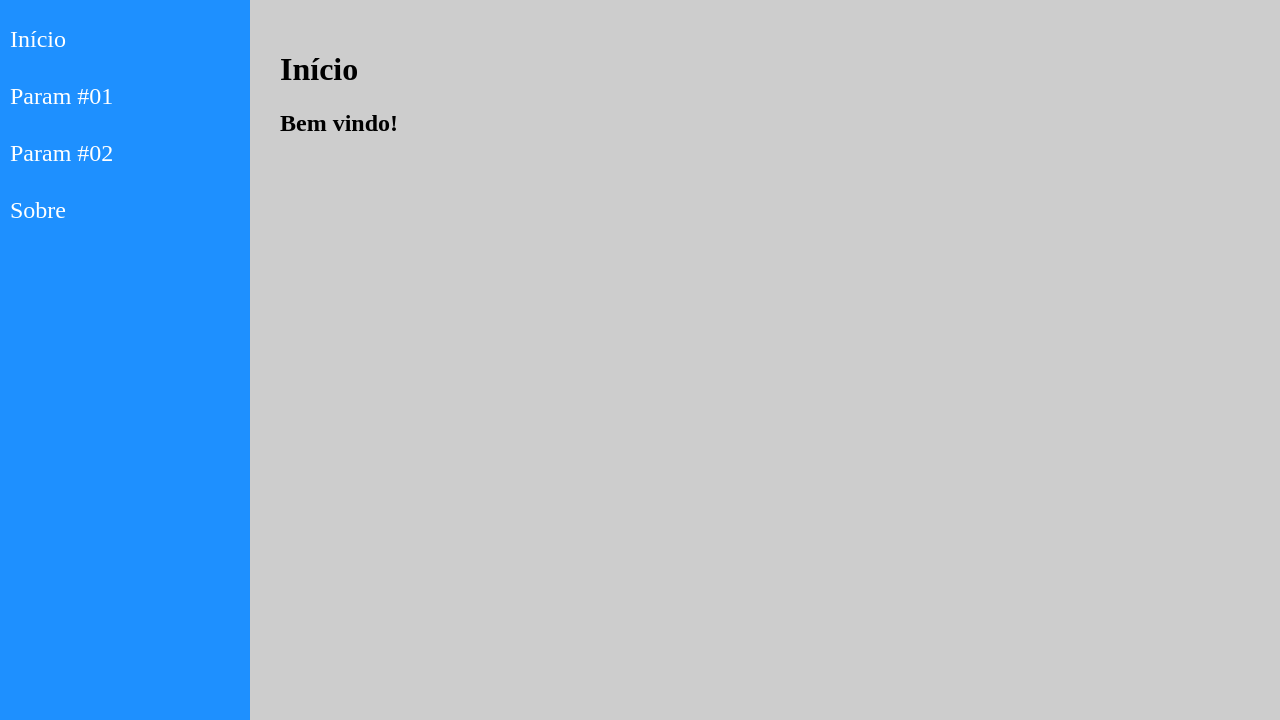
Repository: jean-siqueira/react-navegacao
Page: /
These files come from the project's save history. The page is drawn as it stood at one moment and after the next save; the edit follows.
The browser window is 1280 px wide. The pictures show the whole page.
The project was rebuilt for these pictures with package versions that can differ from the ones it lists, and the page was loaded fresh each time. Also part of the build but not shown: src/views/examples/About.jsx, src/views/examples/Param.jsx.

Above is the page before, as saved 2023-03-27 19:51:45.

After the next save:
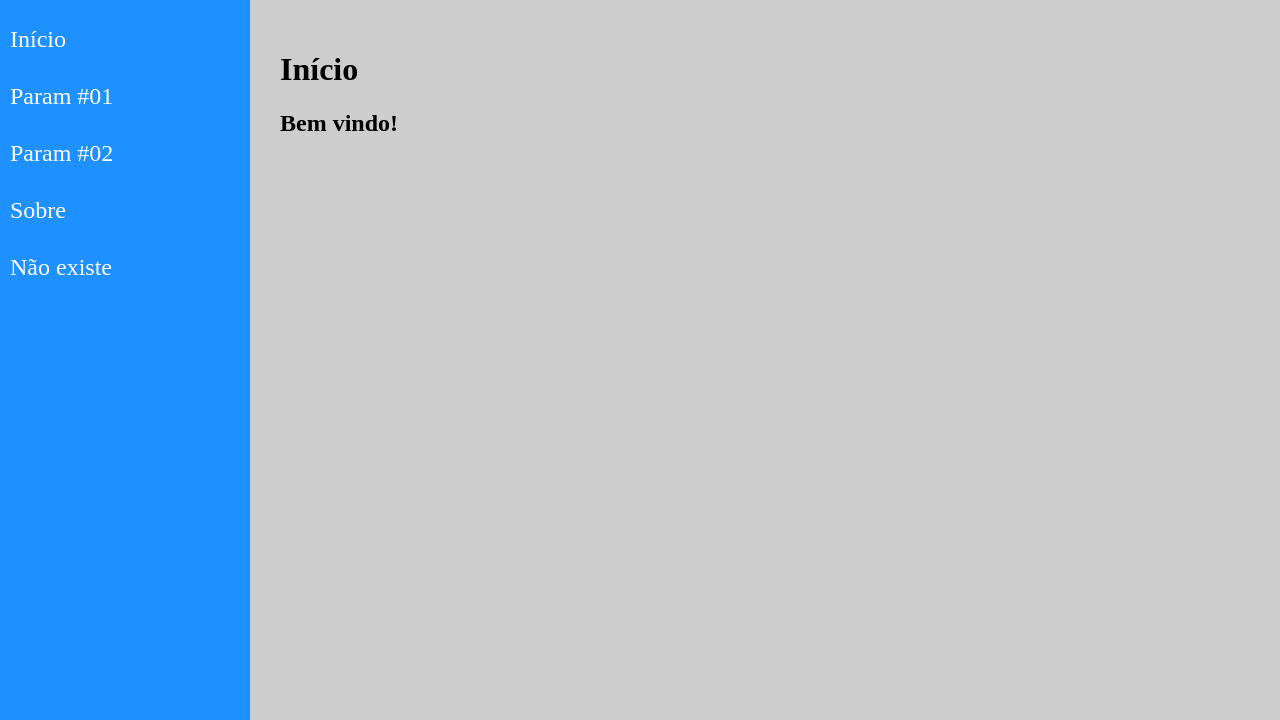
Saved 82 s later.
--- a/src/components/layout/Menu.jsx
+++ b/src/components/layout/Menu.jsx
@@ -18,6 +18,9 @@ const Menu = props => (
                 <li>
                     <Link to="/about">Sobre</Link>
                 </li>
+                <li>
+                    <Link to="/naoExiste">Não existe</Link>
+                </li>
             </ul>
         </nav>
     </aside>
